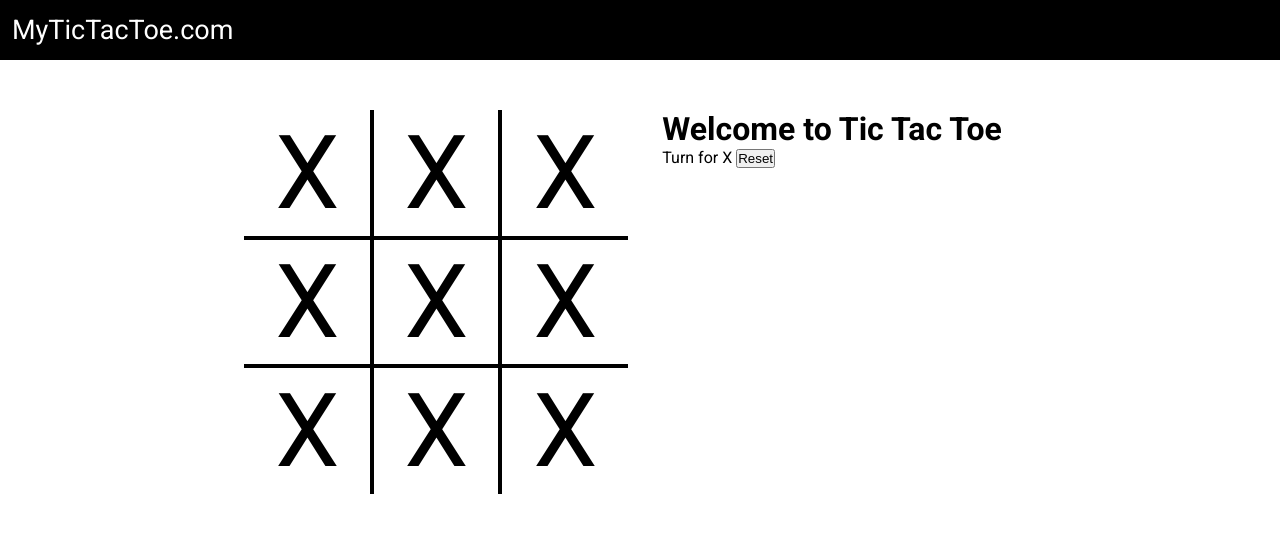
Repository: AshwinUgale/TicTacToe
Page: index.html
The author's editor kept a copy of each file at every save. The page is drawn from the files as they stood at one save, then again after the next save.
The browser window is 1280 px wide. The pictures show the whole page.

Above is the page before, as saved 2024-12-19 10:15:39.

### index.html
<!DOCTYPE html>
<html lang="en">
<head>
  <meta charset="UTF-8">
  <meta name="viewport" content="width=device-width, initial-scale=1.0">
  <title>Tic Tac Toe</title>
  <link rel="stylesheet" href="style.css">
</head>
<body>
    <nav>
      <ul>
        <li>MyTicTacToe.com</li>
      </ul>
    </nav>
    <div class="gameContainer">
      <div class="container">
        <div class="box bt-0 bl-0 "><span class="boxtext">X</span></div>
        <div class="box bt-0"><span class="boxtext">X</span></div>
        <div class="box bt-0 br-0"><span class="boxtext">X</span></div>
        <div class="box bl-0"><span class="boxtext">X</span></div>
        <div class="box"><span class="boxtext">X</span></div>
        <div class="box br-0"><span class="boxtext">X</span></div>
        <div class="box bl-0 bb-0"><span class="boxtext">X</span></div>
        <div class="box bb-0"><span class="boxtext">X</span></div>
        <div class="box bb-0 br-0"><span class="boxtext">X</span></div>
      </div>
      <div class="gameInfo">
        <h1>Welcome to Tic Tac Toe</h1>
        <div>
          <span class="info">Turn for X</span>
          <button id="reset">Reset</button>
        </div>
        <div class="imgbox">
          <img src="excited.gif" alt="" srcset="">
        </div>
      </div>
    </div>
    <script src="script.js"></script>
</body>
</html>
<link rel="stylesheet"

### style.css
@import url('https://fonts.googleapis.com/css2?family=Roboto:ital,wght@0,100;0,300;0,400;0,500;0,700;0,900;1,100;1,300;1,400;1,500;1,700;1,900&display=swap');

*{
    margin: 0;
    padding: 0;
}

nav {
    background-color: black;
    color: white;
    height: 60px;
    font-size: 27px;
    display: flex;
    align-items: center;
    padding: 0 12px;
    font-family: "Roboto", serif;
}

nav ul{
    list-style-type: none;
}

.gameContainer{
    display: flex;
    justify-content: center;
    margin-top: 50px;
}

.container{
    display: grid;
    grid-template-rows: repeat(3,10vw);
    grid-template-columns: repeat(3,10vw);
    font-family:"Roboto", serif;
}

.box{
    border: 2px solid black;
    font-size: 8vw;
    cursor: pointer;
    display: flex;
    justify-content: center;
    align-items: center;
}

.box:hover{
    background-color: rgb(243, 236, 250);
}

.gameInfo{
    padding: 0 34px;
    font-family:"Roboto", serif;
}

.imgbox img{
    display: none;
}

.br-0{
    border-right: 0;
}

.bl-0{
    border-left: 0;
}

.bt-0{
    border-top: 0;
}

.bb-0{
    border-bottom: 0;
}

Loaded but not shown: script.js (no stored copy; drawn as an empty file)

After the next save:
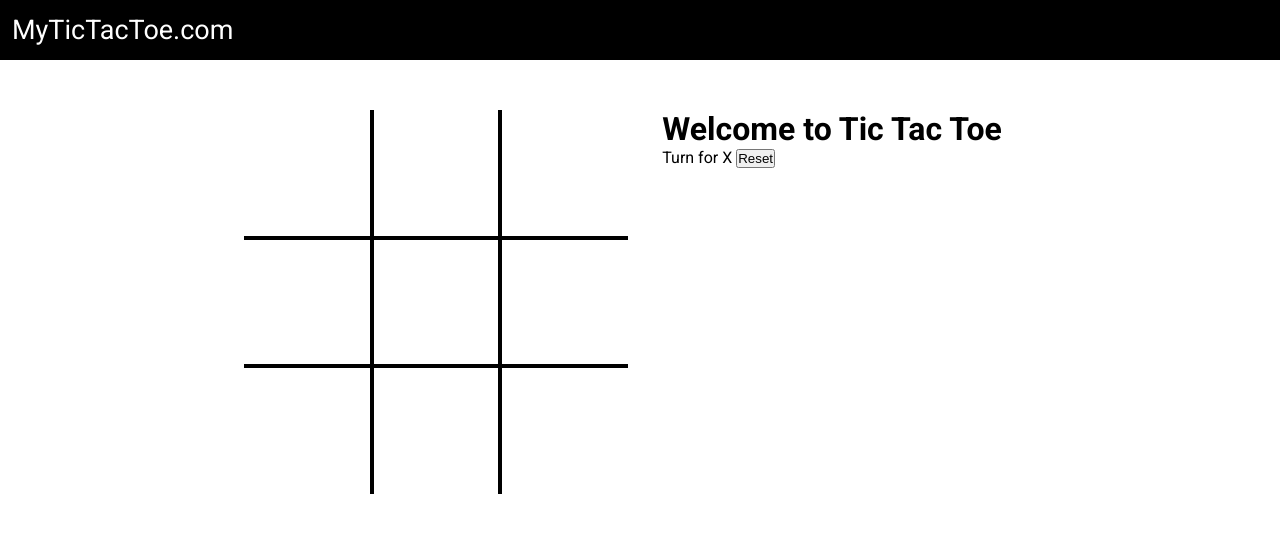
Saved 76 s later.
--- a/index.html
+++ b/index.html
@@ -14,15 +14,15 @@
     </nav>
     <div class="gameContainer">
       <div class="container">
-        <div class="box bt-0 bl-0 "><span class="boxtext">X</span></div>
-        <div class="box bt-0"><span class="boxtext">X</span></div>
-        <div class="box bt-0 br-0"><span class="boxtext">X</span></div>
-        <div class="box bl-0"><span class="boxtext">X</span></div>
-        <div class="box"><span class="boxtext">X</span></div>
-        <div class="box br-0"><span class="boxtext">X</span></div>
-        <div class="box bl-0 bb-0"><span class="boxtext">X</span></div>
-        <div class="box bb-0"><span class="boxtext">X</span></div>
-        <div class="box bb-0 br-0"><span class="boxtext">X</span></div>
+        <div class="box bt-0 bl-0 "><span class="boxtext"></span></div>
+        <div class="box bt-0"><span class="boxtext"></span></div>
+        <div class="box bt-0 br-0"><span class="boxtext"></span></div>
+        <div class="box bl-0"><span class="boxtext"></span></div>
+        <div class="box"><span class="boxtext"></span></div>
+        <div class="box br-0"><span class="boxtext"></span></div>
+        <div class="box bl-0 bb-0"><span class="boxtext"></span></div>
+        <div class="box bb-0"><span class="boxtext"></span></div>
+        <div class="box bb-0 br-0"><span class="boxtext"></span></div>
       </div>
       <div class="gameInfo">
         <h1>Welcome to Tic Tac Toe</h1>
